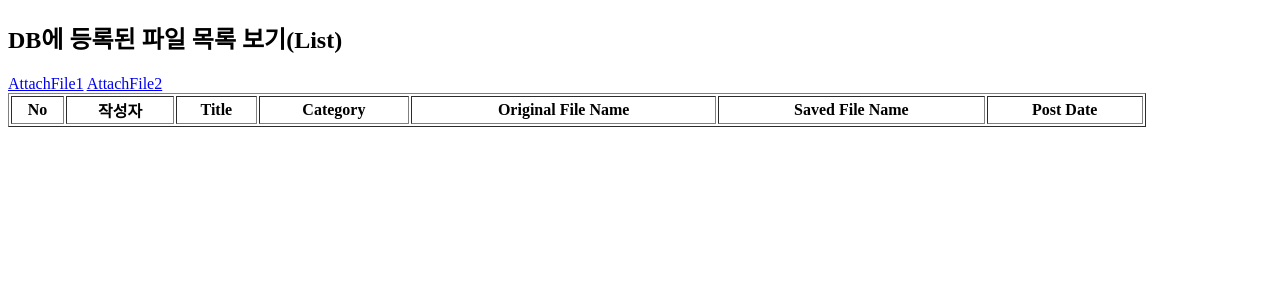
Repository: Jadedvst/Java_JSP-Servlet
Page: http://localhost/MustHaveJSP/13FileUpload/FileList.jsp
The author's editor kept a copy of each file at every save. The page is drawn from the files as they stood at one save, then again after the next save.
The browser window is 1280 px wide. The pictures show the whole page.
The page is served by Tomcat 10. Other server files are loaded and not shown. Queries for data that is not in the repository find no rows.

Above is the page before, as saved 2023-12-20 06:51:04.

### MustHaveJSP/src/main/webapp/13FileUpload/FileList.jsp
<%@page import="java.net.URLEncoder" %>
<%@page import="fileupload.MyFileDTO"%>
<%@page import="fileupload.MyFileDAO"%>
<%@page import="java.util.List"%>
<%@ page language="java" contentType="text/html; charset=UTF-8"
    pageEncoding="UTF-8"%>
<!DOCTYPE html>
<html>
<head>
<meta charset="UTF-8">
<title>FileUpload</title>
</head>
<body>
	<h2>DB에 등록된 파일 목록 보기(List)</h2>
	<a href="FileUploadMain.jsp">AttachFile1</a>
	<a href="MultiUploadMain.jsp">AttachFile2</a>
	<%
	MyFileDAO dao = new MyFileDAO();
	List<MyFileDTO> fileLists = dao.myFileList();
	dao.close();
	%>
	<table border="1" width="90%">
		<tr>
			<th>No</th><th>작성자</th><th>Title</th><th>Category</th>
			<th>Original File Name</th><th>Saved File Name</th><th>Post Date</th>
		</tr>
	<% for (MyFileDTO f: fileLists){ %>
		<tr align="center">
			<td align="center"><%=f.getIdx()%></td>
			<td align="center"><%=f.getTitle()%></td>
			<td align="center"><%=f.getCate()%></td>
			<td align="center"><%=f.getOfile()%></td>
			<td align="center"><%=f.getSfile()%></td>
			<td align="center"><%=f.getPostdate()%></td>
			<td align="left">
				<a href="Download.jsp?oName=<%=URLEncoder.encode(f.getOfile(),"UTF-8")%>
									  sName=<%=URLEncoder.encode(f.getSfile(),"UTF-8")%>">
					[다운로드]</a>
			</td>
		</tr>
	<% } %>
	</table>
</body>
</html>

### MustHaveJSP/src/main/java/fileupload/MyFileDAO.java
package fileupload;
import java.sql.PreparedStatement;
import java.sql.ResultSet;
import java.sql.Statement;
import java.util.List;
import java.util.Map;
import java.util.Vector;
import common.JDBConnect;
import jakarta.servlet.ServletContext;

public class MyFileDAO extends JDBConnect {

	public int insertFile(MyFileDTO dto) {
		int result = 0;

		String query = "INSERT INTO myfile(title,cate,ofile,sfile) Values ("
				+ "?,?,?,?)";
		PreparedStatement ps = null;

		try {
			ps = getCon().prepareStatement(query);
			ps.setString(1, dto.getTitle());
			ps.setString(2, dto.getCate());
			ps.setString(3, dto.getOfile());
			ps.setString(4, dto.getSfile());

			result = ps.executeUpdate();

		}catch(Exception e) {
			System.out.println("Insert 중 예외 발생 ("+e.getMessage()+")");
			e.printStackTrace();
			return 0;
		}finally {
			try {
				if(ps!=null) ps.close();
			}catch(Exception e) {
				e.printStackTrace();
			}
		}
		return result;
	}

	public List<MyFileDTO> myFileList() {
		List<MyFileDTO> filelist = new Vector<>();

		Statement st = null;
		ResultSet rs = null;
		MyFileDTO dto = null;

		String query = "SELECT * FROM myfile ORDER BY idx DESC ";

		try {
			st = getCon().createStatement();
			rs = st.executeQuery(query);
			while(rs.next()) { //목록안 파일 수만큼 반복
				dto = new MyFileDTO();
				dto.setIdx(rs.getInt(1));
				dto.setTitle(rs.getString(2));
				dto.setCate(rs.getString(3));
				dto.setOfile(rs.getString(4));
				dto.setSfile(rs.getString(5));
				dto.setPostdate(rs.getDate(6));

				filelist.add(dto);
			}

		}catch(Exception e) {
			System.out.println("게시물 조회 중 예외 발생");
			e.printStackTrace();
		}
		return filelist;
	}

}

After the next save:
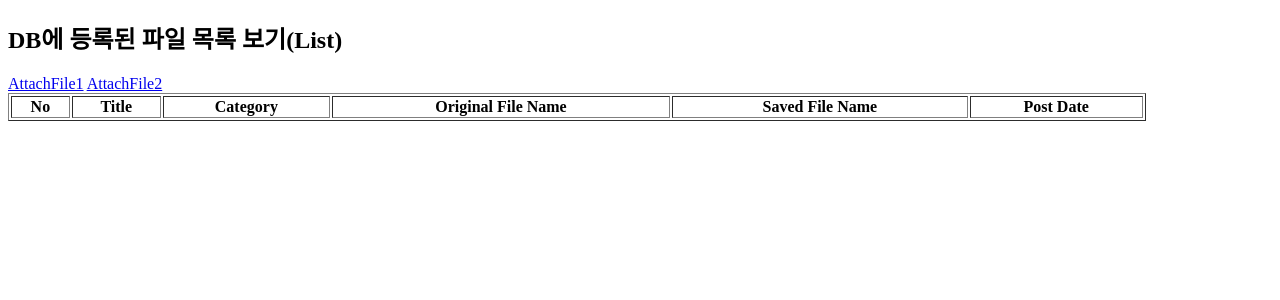
Saved 27 min 46 s later.
--- a/MustHaveJSP/src/main/webapp/13FileUpload/FileList.jsp
+++ b/MustHaveJSP/src/main/webapp/13FileUpload/FileList.jsp
@@ -21,7 +21,7 @@
 	%>
 	<table border="1" width="90%">
 		<tr>
-			<th>No</th><th>작성자</th><th>Title</th><th>Category</th>
+			<th>No</th><th>Title</th><th>Category</th>
 			<th>Original File Name</th><th>Saved File Name</th><th>Post Date</th>
 		</tr>
 	<% for (MyFileDTO f: fileLists){ %>
